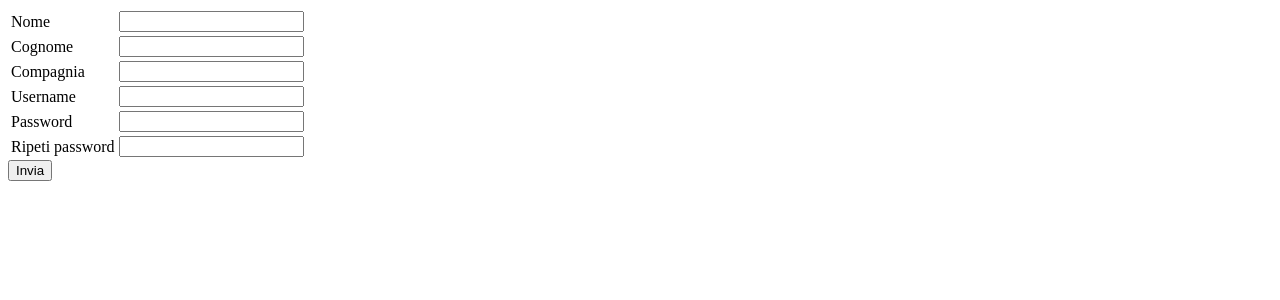
Repository: Gigi91/WMeasures
Page: wmeasuresSrv/src/view/utente.html
These files come from the project's save history. The page is drawn as it stood at one moment and after the next save; the edit follows.
The browser window is 1280 px wide. The pictures show the whole page.

Above is the page before, as saved 2016-05-13 13:43:23.

### wmeasuresSrv/src/view/utente.html
<!DOCTYPE html>
<html>
<head>
<meta charset="ISO-8859-1">
<title>Insert title here</title>
</head>
<body>
<form method="POST" action="../controller/utentecontroller.php">
<table>
	<tr>
	<td><label>Nome</label></td><td>
	<input type="text" name="n">
	</td>
	</tr>
	<tr>
	<td><label>Cognome</label></td><td>
	<input type="text" name="c">
	</td>
	</tr>
	<tr>
	<td><label>Compagnia</label></td><td>
	<input type="text" name="cp">
	</td>
	</tr>
	<tr>
	<td><label>Username</label></td><td>
	<input type="text" name="u">
	</td>
	</tr>
	<tr>
	<td><label>Password</label></td><td>
	<input type="password" name="p">
	</td>
	</tr>
	<tr>
	<td><label>Ripeti password</label></td><td>
	<input type="password" name="rp">
	</td>
	</tr>
</table>
<input type="submit" value="Invia">
</form>
</body>
</html>

After the next save:
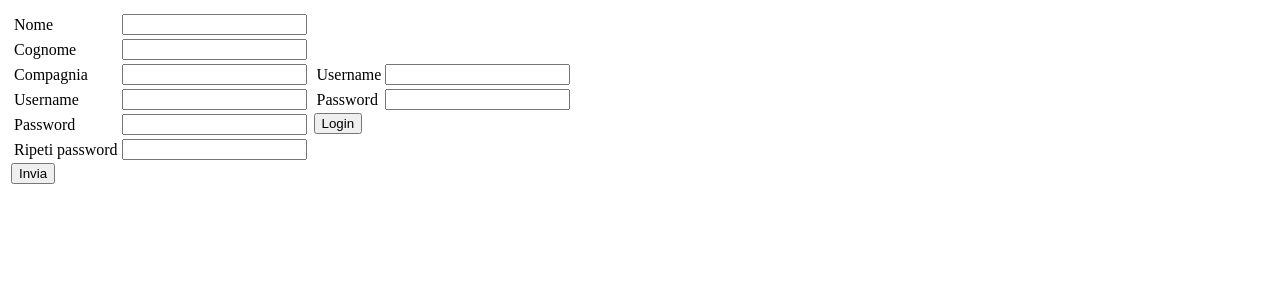
Saved 2 min 9 s later.
--- a/wmeasuresSrv/src/view/utente.html
+++ b/wmeasuresSrv/src/view/utente.html
@@ -5,6 +5,9 @@
 <title>Insert title here</title>
 </head>
 <body>
+<table>
+<tr>
+<td>
 <form method="POST" action="../controller/utentecontroller.php">
 <table>
 	<tr>
@@ -40,5 +43,26 @@
 </table>
 <input type="submit" value="Invia">
 </form>
+</td>
+<td>
+<form method="GET" action="../controller/utentecontroller.php">
+<table>
+	<tr>
+	<td><label>Username</label></td><td>
+	<input type="text" name="u">
+	</td>
+	</tr>
+	<tr>
+	<td><label>Password</label></td><td>
+	<input type="password" name="p">
+	</td>
+	</tr>
+</table>
+<input type="submit" value="Login">
+</form>
+</td>
+</tr>
+</table>
+
 </body>
 </html>
